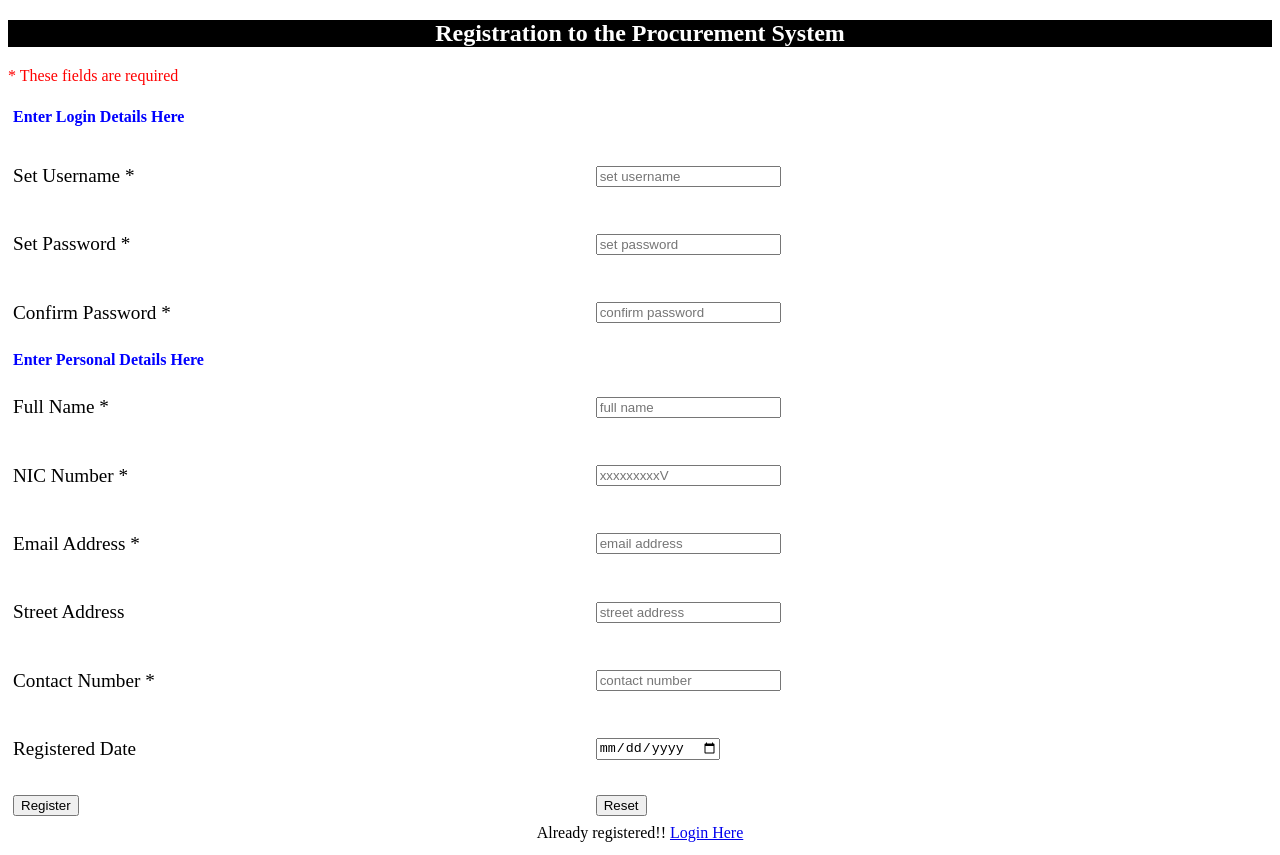
Repository: nirmaniPathiranage/CSSE-Procurement-Management
Page: http://localhost/Item_Management/Register.jsp
An editor plug-in stored every save of this project. The page is shown before and after the next save, followed by the edit.
The browser window is 1280 px wide. The pictures show the whole page.
The page is served by Tomcat 9.

Above is the page before, as saved 2019-09-29 17:51:51.

After the next save:
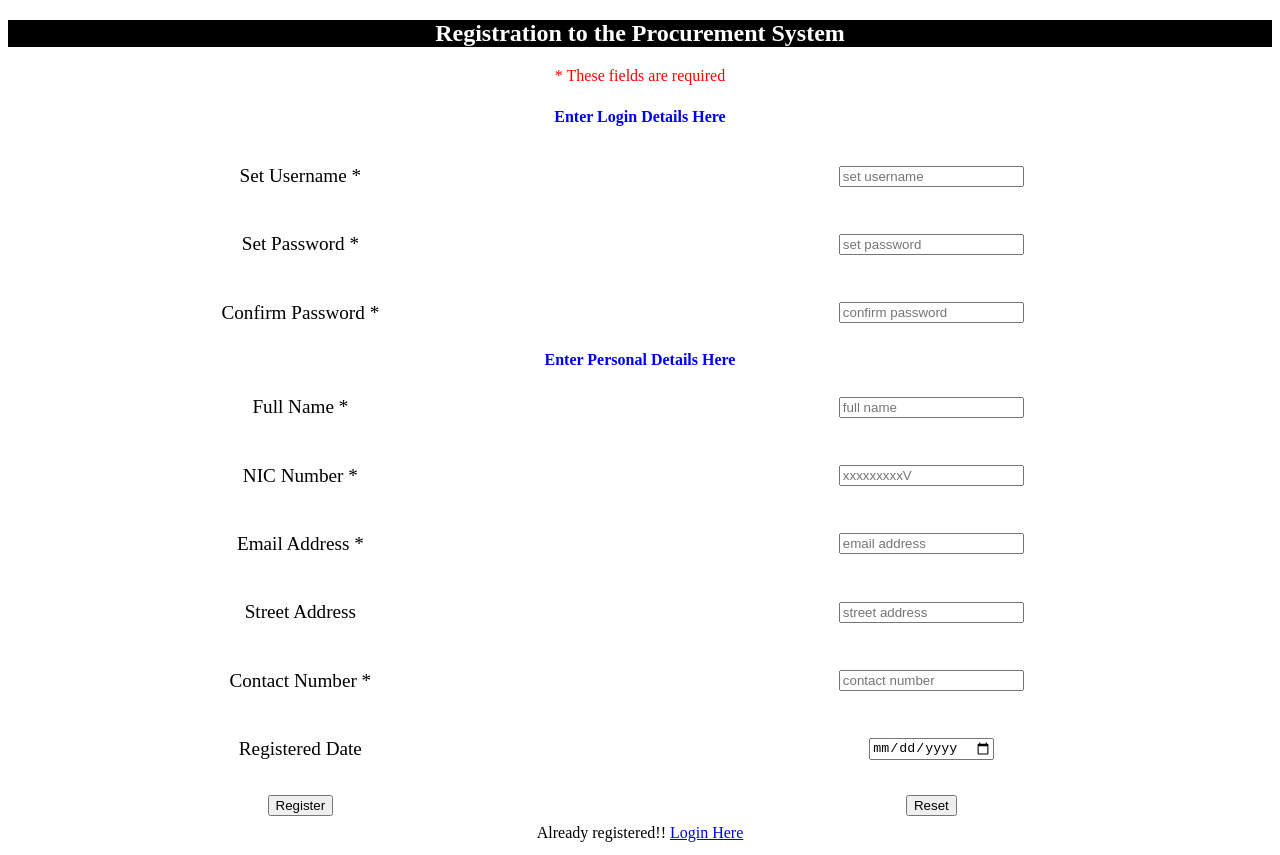
Saved 61 s later.
--- a/Item_Management/WebContent/Register.jsp
+++ b/Item_Management/WebContent/Register.jsp
@@ -57,7 +57,7 @@
 			to the Procurement System</h2>
 	</center>
 
-	<form style="text-align: left;" name="form" action="RegisterServlet"
+	<form style="text-align: center;" name="form" action="RegisterServlet"
 		method="post" onSubmit="return validate();">
 		<table border="0" cellpadding="3" style="width: 100%">
 			<font color="red">* These fields are required</font>
